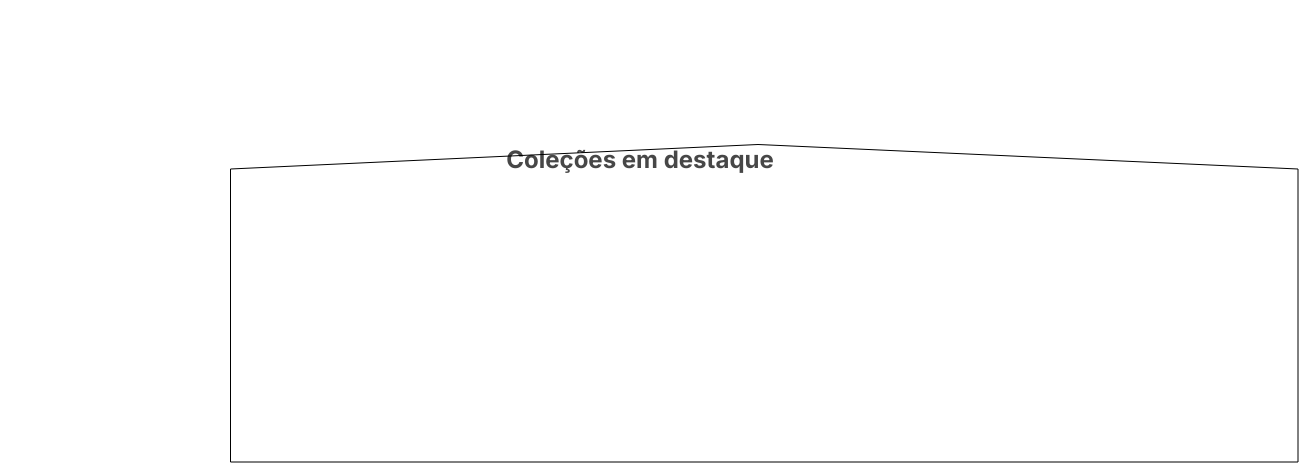
Repository: gimoli/loja-digital
Page: index.html
An editor plug-in stored every save of this project. The page is shown before and after the next save, followed by the edit.
The browser window is 1280 px wide. The page is 1299 px wide, so the pictures cover 1299 px, including what lies to the right of the window. The pictures show the part of the page from y = 1294 to 1757 px (the page is 1757 px tall).

Above is the page before, as saved 2025-04-24 11:30:35.

### index.html
<!DOCTYPE html>
<html lang="pt-br">
<head>
    <meta charset="UTF-8">
    <meta name="viewport" content="width=device-width, initial-scale=1.0">
    <title>Digital Store</title>
    <link href="./style.css" rel="stylesheet">
    <script src="https://cdn.jsdelivr.net/npm/@tailwindcss/browser@4"></script>
    <link rel="shortcut icon" href="/assets/Logo-Digital.svg" type="image/x-icon">
</head>
<body>
<header class="flex flex-col gap-12 px-[108px] py-[38px]">
    <div class="flex items-center justify-between">
        <div class="flex gap-1">
            <img src="/assets/Logo-Digital.svg" alt="Logo da Digital Store">
            <h1 class="text-4xl text-(--primary-color) font-semibold">Digital Store</h1>
        </div>
        <input type="text" placeholder="Pesquisar produto..." class="bg-(--light-gray-3) py-2 px-3 rounded-lg ml-40 mr-14
         bg-[url(/assets/search.svg)] bg-no-repeat bg-right focus:placeholder-transparent w-[560px] focus:outline-none"/>
        <div>
            <a href="#" class="bg-(--primary-color) text-white rounded-lg px-7 py-3 font-bold text-sm">
                Entrar
            </a>
        </div>
        <div class="relative">
            <img src="/assets/Carrinho-preto.svg" alt="Imagem de um carrinho de compras">
            <div class="flex justify-center items-center absolute bg-(--tertiary-color) text-white font-bold text-xs rounded-full w-[18px] h-[18px] bottom-[15px] left-3">
                2
            </div>
        </div>
    </div>
    </div>
    <nav class="pl-32">
        <ul class="flex gap-6 text-(--dark-gray-2)">
            <li class="hover:text-(--primary-color) hover:font-bold">
                <a href="#">
                Home
            </a>
        </li>
            <li class="hover:text-(--primary-color) hover:font-bold">
                <a href="#">
                Produtos
            </a>
        </li>
            <li class="hover:text-(--primary-color) hover:font-bold">
                <a href="#">
                Categorias
            </a>
        </li>
            <li class="hover:text-(--primary-color) hover:font-bold">
                <a href="#">
                Meus Pedidos
            </a>
        </li>
        </ul>
    </nav>
</header>
<main>
    <section class="flex px-[108px] bg-(--light-gray-3) py-[78px] h-[680px] relative">
        <div class="flex flex-col gap-5 w-[466px]">
            <p class="text-(--warnig-color) font-bold">
                Melhores ofertas personalizadas
            </p>
            <h2 class="font-extrabold text-6xl">
                Queima de estoque Nike 🔥
            </h2>
            <p class="text-(--dark-gray-2) text-lg">
                Consequat culpa exercitation mollit nisi excepteur do do tempor laboris eiusmod irure consectetur.
            </p>
            <a href="#" class="flex items-center justify-center bg-(--primary-color) text-(--light-gray-3) font-bold w-[210px] h-[48px] rounded-lg">
                Ver Ofertas
            </a>
        </div>
        <img src="/assets/White-Sneakers-PNG-Clipart 1.svg" alt="Foto de um tenis branco" class="absolute right-28 bottom-8"/>
        <img src="/assets/ornament.svg" alt="Firula do site - by wendell" class="absolute top-12 right-8">
    </section>
    <section class="flex flex-col gap-15 px-[108px] py-[42px]">
        <div class="flex flex-col gap-10">
            <h4 class="text-(--dark-gray-2) font-bold text-2xl">
                Coleções em destaque
            </h4>
            <ul class="grid grid-cols-3 gap-3.5 h-68">
                <li  class="flex bg-[#D8E3F2] pl-8 pt-8 rounded-md relative bg-[url(/assets/star-wars-shirt-pic.svg)] bg-no-repeat bg-bottom-right">
                    <div class="w-1/2 z-10">
                    <p class="bg-[#E7FF86] rounded-4xl font-bold text-(--dark-gray-2) w-[96px] text-center py-1.5 text-sm">
                        30% OFF
                    </p>
                    <h5 class="font-bold text-(--dark-gray) text-4xl mt-2.5 mb-8">
                        Novo drop Supreme
                    </h5>
                    <a href="#" class="text-(--primary-color) bg-white rounded-xl font-bold px-12 py-4.5">
                        Comprar
                    </a>
                </div>
                </li>
                <li  class="flex bg-[#D8E3F2] pl-8 pt-8 rounded-md relative bg-[url(/assets/sneaks-pic.svg)] bg-no-repeat bg-bottom-right">
                    <div class="w-1/2 z-10">
                    <p class="bg-[#E7FF86] rounded-4xl font-bold text-(--dark-gray-2) w-[96px] text-center py-1.5 text-sm">
                        30% OFF
                    </p>
                    <h5 class="font-bold text-(--dark-gray) text-4xl mt-2.5 mb-8">
                        Coleção Adidas
                    </h5>
                    <a href="#" class="text-(--primary-color) bg-white rounded-xl font-bold px-12 py-4.5">
                        Comprar
                    </a>
                </div>
                </li>
                <li  class="flex bg-[#D8E3F2] pl-8 pt-8 rounded-md relative bg-[url(/assets/headphone-pic.svg)] bg-no-repeat bg-bottom-right">
                    <div class="w-1/2 z-10">
                    <p class="bg-[#E7FF86] rounded-4xl font-bold text-(--dark-gray-2) w-[96px] text-center py-1.5 text-sm">
                        30% OFF
                    </p>
                    <h5 class="font-bold text-(--dark-gray) text-4xl mt-2.5 mb-8">
                        Novo<br> Beats Bass
                    </h5>
                    <a href="#" class="text-(--primary-color) bg-white rounded-xl font-bold px-12 py-4.5">
                        Comprar
                    </a>
                </div>
                </li>
            </ul>
        </div>
        <div></div>
    </section>
    <section class="flex flex-col gap-15 px-[230px] py-[42px]">
        <div class="flex flex-col gap-10">
            <h4 class="text-(--dark-gray-2) font-bold text-2xl text-center">
                Coleções em destaque
            </h4>
            <img src="/assets/borda.svg" alt="Foto de um tenis branco" class="absolute "/>
        </div>
    </section>
</main>
</body>
</html>

### style.css
@import url('https://fonts.googleapis.com/css2?family=Inter:ital,opsz,wght@0,14..32,100..900;1,14..32,100..900&display=swap');

:root {
    --dark-gray: #1F1F1F;
    --dark-gray-2: #474747;
    --dark-gray-3: #666666;
    --light-gray: #8F8F8F;
    --light-gray-2: #CCCCCC;
    --light-gray-3: #F5F5F5;
    --white: #FFFFFF;
    --primary-color: #C92071;
    --secondary-color: #B5B6F2;
    --tertiary-color: #991956;
    --error-color: #EE4266;
    --success-color: #52CA76;
    --warnig-color: #F6AA1C;
    --primary-gradient: 180deg, #C92071, #EDABCA;
    --secondary-gradient: 180deg, #B5B6F2, #EFEFFF;
}

* {
    font-family: "Inter", sans-serif;
    box-sizing: border-box;
}

After the next save:
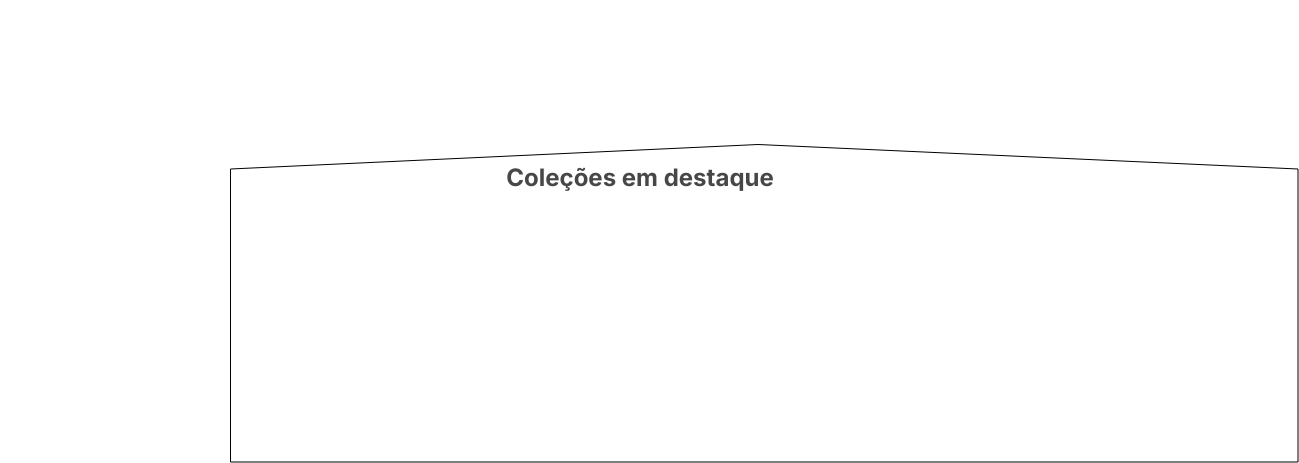
Saved 63 s later.
--- a/index.html
+++ b/index.html
@@ -125,7 +125,7 @@
     </section>
     <section class="flex flex-col gap-15 px-[230px] py-[42px]">
         <div class="flex flex-col gap-10">
-            <h4 class="text-(--dark-gray-2) font-bold text-2xl text-center">
+            <h4 class="text-(--dark-gray-2) font-bold text-2xl text-center px-12 py-4.5">
                 Coleções em destaque
             </h4>
             <img src="/assets/borda.svg" alt="Foto de um tenis branco" class="absolute "/>
